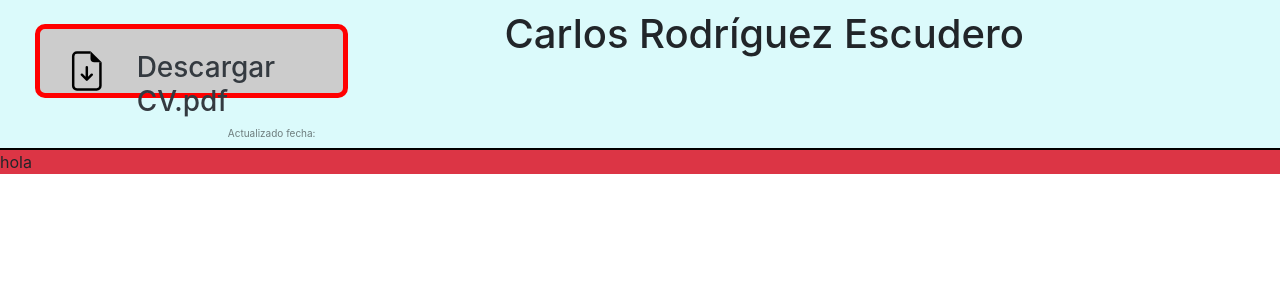
Repository: CarlosRoEs/CarlosWebCV
Page: index.html
These files come from the project's save history. The page is drawn as it stood at one moment and after a run of saves; the edit follows.
The browser window is 1280 px wide. The pictures show the whole page.
The style sheet was rebuilt from its Sass, Less or Tailwind sources for each picture, by a compiler version that may differ from the author's.

Above is the page before, as saved 2020-09-15 16:17:04.

After the next 2 saves:
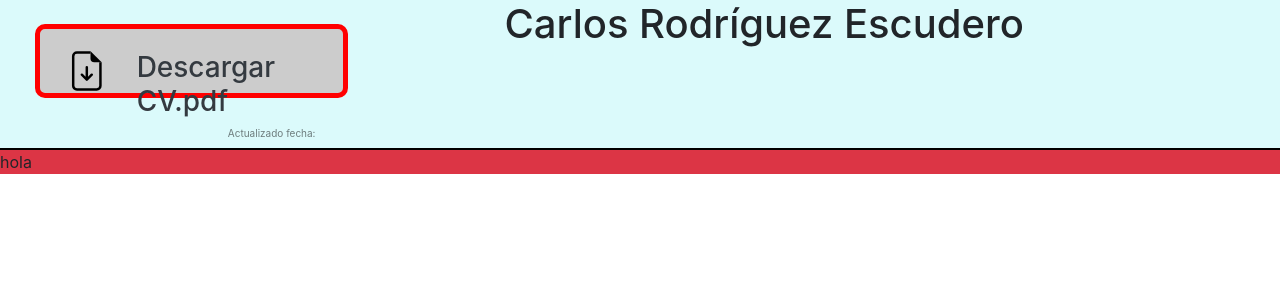
The 2 saves are shown as one change because they came seconds apart.
The last was saved 19 s later.
--- a/Sass/header.scss
+++ b/Sass/header.scss
@@ -11,7 +11,7 @@
     background-color: rgba(175, 244, 247, 0.446);
 
     h1{
-        margin-top: 10px;
+
     }
 }
 
